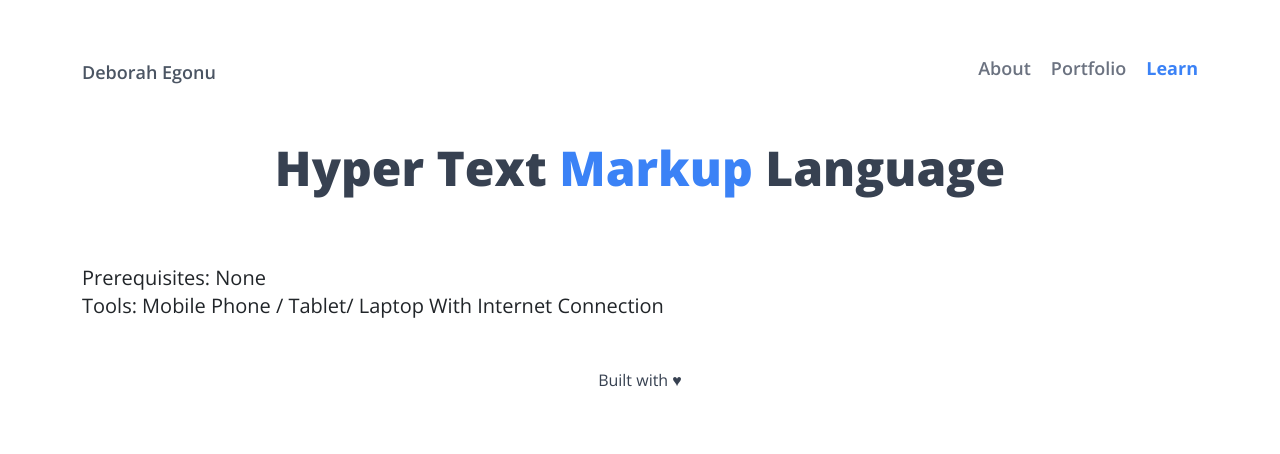
Repository: latenightsnacc/codewithdeb
Page: learn/courses/HTML/getting-started.html
An editor plug-in stored every save of this project. The page is shown before and after the next save, followed by the edit.
The browser window is 1280 px wide. The pictures show the whole page.
The style sheet was rebuilt from its Sass, Less or Tailwind sources for each picture, by a compiler version that may differ from the author's.

Above is the page before, as saved 2021-06-07 14:13:21.

### learn/courses/HTML/getting-started.html
<!DOCTYPE html>
<html lang="en">
    <head>
        <meta charset="UTF-8">
        <meta http-equiv="X-UA-Compatible" content="IE=edge">
        <meta name="viewport" content="width=device-width, initial-scale=1.0">
        <!--TAILWIND CDN-->
        <link href="https://unpkg.com/tailwindcss@^2/dist/tailwind.min.css" rel="stylesheet">
        <!--BOOTSTRAP CDN-->
        <link href="https://cdn.jsdelivr.net/npm/bootstrap@5.0.1/dist/css/bootstrap.min.css" rel="stylesheet" integrity="sha384-+0n0xVW2eSR5OomGNYDnhzAbDsOXxcvSN1TPprVMTNDbiYZCxYbOOl7+AMvyTG2x" crossorigin="anonymous">
         <!--CUSTOM CSS-->
        <link rel="stylesheet" href="stylesheet.css">
        <!--Page Title-->
        <title>HYPER TEXT MARKUP LANGUAGE - FREE COURSES | DEBORAH EGONU</title>
    </head>
<body class="bg-white">
    <!--SPACER-->
    <div class="h-12"></div>
    <!--NAVIGATION BAR / HEADER-->
    <nav>
        <div class="container">
            <div class="flex flex-row justify-between h-12 items-center">
                <!--LOGO-->
                <a href="index.html" class="no-underline font-semibold text-gray-600 capitalize text-lg hover:text-blue-500">
                    Deborah Egonu
                </a>
                <!--MENU-->
                <ul class="flex flex-row h-100 items-center pt-2">
                    <li class="mr-5">
                        <a href="about.html" class="no-underline font-semibold text-gray-500 capitalize text-lg hover:text-blue-500">about</a>
                    </li>
                    <li class="mr-5">
                        <a href="portfolio.html" class="no-underline font-semibold text-gray-500 capitalize text-lg hover:text-blue-500">portfolio</a>
                    </li>
                    <li class="">
                        <a href="learn.html" class="no-underline font-bold text-blue-500 capitalize text-lg hover:text-blue-500">learn</a>
                    </li>
                </ul>
            </div>

        </div>
    </nav>
    <!--SPACER-->
    <div class="h-12"></div>
    <!--H1 TEXT-->
    <div class="container">
        <h1 class="text-center font-black text-2xl md:text-4xl lg:text-5xl text-gray-700 capitalize">hyper text <span class="text-blue-500">markup</span> language </h1>
    </div>
    <!--SPACER-->
    <div class="h-16"></div>
    <div class="container">
        <div class="flex flex-col">
            <div class="text-xl capitalize">prerequisites: <span>None</span></div>
            <div class="text-xl capitalize">tools: <span>Mobile phone / tablet/ laptop with internet connection</span></div>
        </div>
    </div>
     <!--SPACER-->
     <div class="h-12"></div>
     <footer>
         <div class="container">
             <p class="text-center text-gray-700">Built with &hearts;</p>
         </div>
     </footer>
 </body>
 </html>

### stylesheet.scss
@import url('https://fonts.googleapis.com/css2?family=Open+Sans:wght@300;400;600;700;800&display=swap');
h1, body, a {
    font-family: 'Open Sans', sans-serif;
}

After the next save:
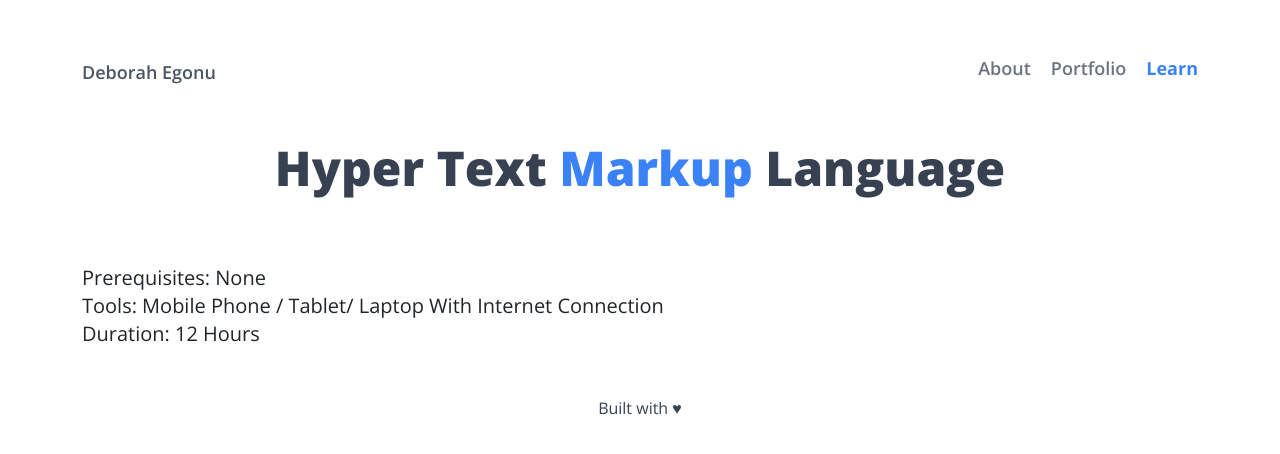
Saved 53 s later.
--- a/learn/courses/HTML/getting-started.html
+++ b/learn/courses/HTML/getting-started.html
@@ -52,6 +52,8 @@
         <div class="flex flex-col">
             <div class="text-xl capitalize">prerequisites: <span>None</span></div>
             <div class="text-xl capitalize">tools: <span>Mobile phone / tablet/ laptop with internet connection</span></div>
+            <div class="text-xl capitalize">duration: <span>12 hours</span></div>
+
         </div>
     </div>
      <!--SPACER-->
